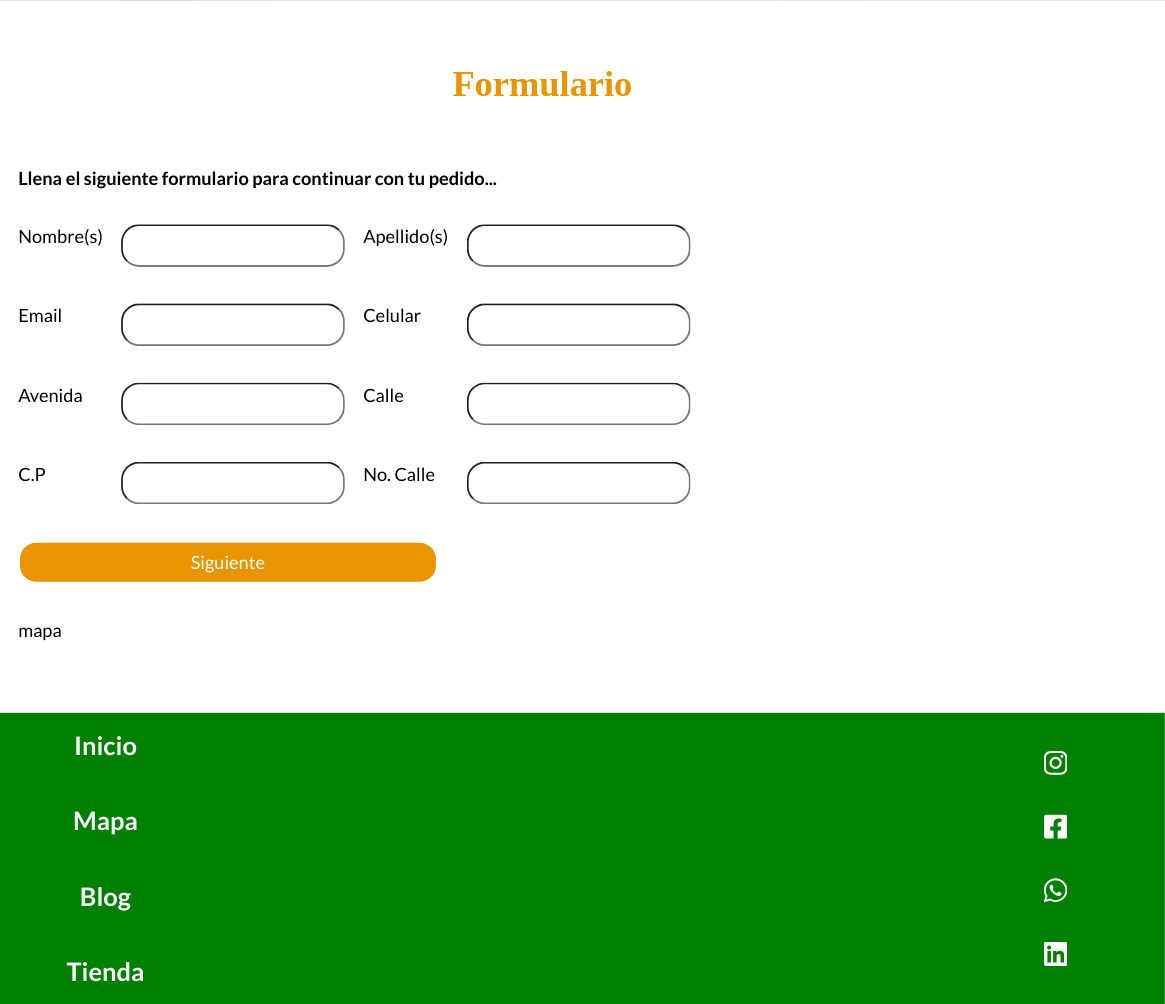
Repository: CarlosCamposRodriguez99/cv-beta-frontend
Page: /mapa
The author's editor kept a copy of each file at every save. The page is drawn from the files as they stood at one save, then again after the next save.
The browser window is 1280 px wide. The pictures show the part of the page from y = 219 to 1322 px (the page is 1322 px tall), at 91% of full size.
Some web fonts or font styles are not loaded; a fallback is used. The project was rebuilt for these pictures with package versions that can differ from the ones it lists, and the page was loaded fresh each time. The framework's server and built-in components were replaced by stand-ins that run in the browser. Also part of the build but not shown: next.config.js.

Above is the page before, as saved 2022-05-06 18:20:16.

### pages/_app.js
import { useState, useEffect } from 'react';
import '../styles/normalize.css';
import '../styles/globals.css';

function MyApp({ Component, pageProps }) {

  const [carrito, setCarrito] = useState([]);

  useEffect(() => {
    const carritoLS = JSON.parse(localStorage.getItem('carrito')) ?? [];
    setCarrito(carritoLS);

  }, [])

  useEffect(() => {
    localStorage.setItem("carrito", JSON.stringify(carrito));

  }, [carrito])

  const agregarCarrito = (producto) => {
    if(carrito.some((articulo) => articulo.id === producto.id)) {
      const carritoActualizado = carrito.map( articulo => {
        if(articulo.id === producto.id) {
          articulo.cantidad = producto.cantidad
        }
        return articulo;
      });

      setCarrito(carritoActualizado);
    } else {
      setCarrito([...carrito, producto]);
    }
  };

  const actualizarCantidad = (producto) => {
    const carritoActualizado = carrito.map((articulo) => {
      if(articulo.id === producto.id) {
        articulo.cantidad = producto.cantidad
      }
      return articulo;
    });

    setCarrito(carritoActualizado);
  };

  const eliminarProducto = id => {
    const carritoActualizado = carrito.filter( articulo => articulo.id !== id)
    setCarrito(carritoActualizado);
  }


  return <Component {...pageProps}
    carrito={carrito}
    agregarCarrito={agregarCarrito}
    actualizarCantidad={actualizarCantidad}
    eliminarProducto={eliminarProducto}

  />
}

export default MyApp

### pages/mapa.js
import Layout from '../components/Layout';
import styles from '../styles/Mapa.module.css';

const Mapa = () => {
  return (
    <Layout
      pagina='Mapa'
    >
      <div className={styles.head}>
        <h2 className={styles.titulo}>Formulario</h2>
        <p className={styles.descripcion}>Llena el siguiente formulario para continuar con tu pedido...</p>
        <form>
          <div className={styles.contenido}>
            <label
              className="block uppercase text-slate-800 font-bold text-xl"
              htmlFor="nombre"
            >Nombre(s) </label>

              <input
                type="text"
                id="nombre"
                className={styles.borde}
              />

            <label
              className="block uppercase text-slate-800 font-bold text-xl"
              htmlFor="apellido"
            >Apellido(s) </label>

              <input
                type="text"
                id="apellido"
                className={styles.borde}
              />

            <label
              className="block uppercase text-slate-800 font-bold text-xl"
              htmlFor="email"
            >Email </label>

              <input
                type="text"
                id="email"
                className={styles.borde}
              />

            <label
              className="block uppercase text-slate-600 font-bold text-xl"
              htmlFor="celular"
            >Celular </label>

              <input
                type="text"
                id="celular"
                className={styles.borde}
              />

            <label
              className="block uppercase text-slate-600 font-bold text-xl"
              htmlFor="avenida"
            >Avenida</label>

              <input
                type="text"
                id="avenida"
                className={styles.borde}
              />

            <label
              className="block uppercase text-slate-600 font-bold text-xl"
              htmlFor="calle"
            >Calle </label>

              <input
                type="text"
                id="calle"
                className={styles.borde}
              />

            <label
              className="block uppercase text-slate-600 font-bold text-xl"
              htmlFor="codigoPostal"
            >C.P </label>

              <input
                type="text"
                id="codigoPostal"
                className={styles.borde}
              />

            <label
              className="block uppercase text-slate-600 font-bold text-xl"
              htmlFor="numeroCalle"
            >No. Calle </label>

              <input
                type="text"
                id="numeroCalle"
                className={styles.borde}
              />
          </div>
        </form>


        <div className={styles.campo}>
          <input
            value="Siguiente"
            className={styles.boton}
            type="submit"

          />
        </div>
      </div>

      <div className={styles.head}>
        <div className={styles.contenido}>
          <p>mapa</p>
        </div>

      </div>



    </Layout>


  )
}

export default Mapa;


// css-border: en input: "bg-gray-200 w-full lg:w-1/3 mt-3 p-2 rounded-md"

### styles/globals.css
@import url('https://fonts.googleapis.com/css2?family=Lato:ital,wght@0,700;1,400&family=Roboto+Slab:wght@400;700&display=swap');
@import url('https://fonts.googleapis.com/css2?family=Lato:wght@400;700;900&family=Libre+Bodoni:ital,wght@1,600;1,700&display=swap');

:root {
  --primary: #e99401;
  --negro: #262626;
  --verde: #008000;
  --blanco: #FFF;
  --fuente-principal: 'Outfit', sans-serif;
}
html {
  font-size: 62.5%;
  box-sizing: border-box;
}

@media(max-width:1200px) {
  html {
    display: flex;
    flex: 1;
  }
}
/*IPAD*/
@media(max-width:820px) {
  .html {
    display: flex;
  }
}
/*IPHONE 7 8 */
@media(min-width:300px) {
  .html {
    display: flex;
    flex: 1;
  }
}

*, *:before, *:after {
  box-sizing: inherit;
}
body {
  font-size: 2rem;
  font-family: 'Lato', sans-serif;
  line-height: 1.1;
}
img {
  max-width: 100%;
}
h1, h2, h3 {
  font-family: 'Lato', sans-serif;
  font-weight: 700;
}
[class*="contenedor"] {
  max-width: 120rem;
  margin: 0 auto;
  width: 90%;
}


[class*="heading"] {
  font-family: 'Libre Bodoni', serif; /* */
  font-size: 4rem;
  text-align: center;
  font-weight: 900;
  color: var(--primary);
  margin: 5rem 0;
}

### components/Layout.js
import Head from 'next/head'
import Header from './Header';
import Footer from './Footer';

const Layout = ({children, pagina, guitarra}) => {
  return (
    <div>
      <Head>
        <title>Plantas Tienda- {pagina}</title>
        <meta name="description" content="Sitio web de venta de plantas"/>
      </Head>

      <Header
        guitarra={guitarra}
      />

      {children}

      <Footer />

    </div>
  )
}

Layout.defaultProps = {
  guitarra: null
}

export default Layout;

### styles/Mapa.module.css
.titulo {
  font-family: 'Libre Bodoni', serif; /* */
  font-size: 4rem;
  text-align: center;
  font-weight: 900;
  color: var(--primary);
  margin: 5rem 0;
}

.descripcion {
  font-size: 2rem;
  font-weight: 700;
}

@media(min-width: 300px) {
  .descripcion {
    text-align: left;
  }
}

@media(min-width: 1200px) {
  .descripcion {
    text-align: left;
  }
}

.head {
  max-width: 120rem;
  margin: 2rem 2rem;
  width: 90%;
  display: grid;
}

.campo {
  width: 50%;
}

@media(min-width: 300px) {
  .campo {
    width: 100%;
    justify-content: center;
  }
}

@media(min-width: 1200px) {
  .campo {
    width: 40%;
  }
}

.boton {
  background-color: var(--primary);
  border: 2px solid #FFF;
  width: 100%;
  cursor: pointer;
  color: var(--blanco);
  justify-content: center;
  margin-top: 4rem;
  padding: 1rem;
  border-radius: 2rem;
  -webkit-border-radius: 2rem;
  -moz-border-radius: 2rem;
  -ms-border-radius: 2rem;
  -o-border-radius: 2rem;
}

.boton:hover {
  background-color: var(--negro);
  color: var(--blanco);
}

.borde {
  background-color: var(--blanco);
  margin-top: 2rem;
  padding: 1rem;
  border-radius: 2rem;
  -webkit-border-radius: 2rem;
  -moz-border-radius: 2rem;
  -ms-border-radius: 2rem;
  -o-border-radius: 2rem;
}

.contenido {
  display: grid;
  gap: 4rem;
  width: 50%;
}


/*aqui el mapa perro */
.campomapa {
    gap: 4rem;
    display: grid;
    align-items: center;
    width: 100%;
}


@media(min-width: 300px) {
  .contenido {
    gap: 4rem;
    display: grid;
    grid-template-columns: repeat(2, 1fr);
    align-items: center;
  }
}

@media(min-width: 820px) {
  .contenido {
    gap: 2rem;
    display: grid;
    width: 30%;
  }
}

@media(min-width:1200px) {
  .contenido {
    grid-template-columns: repeat(4, 1fr);
    align-items: center;
  }
}

### components/Header.js
import Link from 'next/link'
import Image from 'next/image'
import { useRouter } from 'next/router'
import styles from "../styles/Header.module.css"

const Header = ({guitarra}) => {
  const router = useRouter()
  return (
      <header className={styles.header}>
      <div className="contenedor">
        <div className={styles.barra}>
          <Link href="/">
            <a><Image
              width={100}
              height={100}
              src="/img/logo.png"
              layout='fixed'
              alt="Imagen logo" />
            </a>
          </Link>


          <nav className={styles.navegacion}>
            <Link href="/">Inicio</Link>
            <Link href="/mapa">Mapa</Link>
            <Link href="/blog">Blog</Link>
            <Link href="/tienda">Tienda</Link>
            <Link href="/carrito">
              <a>
                <Image layout="fixed" width={30} height={25} src="/img/carrito.png" alt="Imagen carrito"/>
              </a>
            </Link>
          </nav>
        </div>

        {guitarra && (
          <div className={styles.modelo}>
            <h1>Promoción Especial</h1>
            <p>{guitarra.descripcion}</p>
            <p className={styles.precio}>${guitarra.precio}</p>
            <Link href={`/guitarras/${guitarra.url}`}>
              <a className={styles.enlace}>
                  Ver Producto
              </a>
            </Link>
          </div>
        )}
      </div>

      {router.pathname === '/' && (
        <div className={styles.guitarra}>
          <Image layout='fixed' width={500} height={1200} src='/img/' alt='imagen planta header' />
        </div>
      )}


      </header>
  )
}

export default Header;

### components/Footer.js
import Link from 'next/link'
import styles from '../styles/Footer.module.css'

const Footer = () => {

  const year = new Date().getFullYear();

  return (
    <footer className={styles.footer}>
      <div className={`contenedor ${styles.contenido}`}>
          <nav className={styles.navegacion}>
            <Link href="/">Inicio</Link>
            <Link href="/mapa">Mapa</Link>
            <Link href="/blog">Blog</Link>
            <Link href="/tienda">Tienda</Link>
          </nav>


          <ul className={styles.ul}>
            <li className={styles.list}>
              <a
                className={styles.iconoInsta}
                href="https://www.instagram.com/"
              ></a>
              <a
                className={styles.iconoFace}
                href="https://www.facebook.com/"
              ></a>
              <a
                className={styles.iconoWhats}
                href="https://web.whatsapp.com/"
              ></a>
              <a
                className={styles.iconoLinke}
              ></a>
            </li>
          </ul>

      </div>
    </footer>
  )
}

export default Footer;

### styles/Header.module.css
.header {
  background-image: linear-gradient(to right, rgba(10, 20, 10, 0.7), rgba(10, 10, 10, 0.4)), url(../public/img/background3.jpg);
  background-size: cover;
  background-position: 50%;
  padding: 5rem 0;
  position: relative;
}

/*IPAD*/
@media(max-width:820px) {
  .html {
    flex: 1;
  }
}
/*IPHONE 6,7,8*/
@media(min-width:300px) {
  .html {
    display: flex;
    flex: 1;
  }
}

.barra {
  display: flex;
  flex-direction: column;
  align-items: center;
}
@media(min-width:400px) {
  .barra {
    margin-right: 6rem 3rem;
  }
}
@media(min-width:768px) {
  .barra {
    flex-direction: row;
    justify-content: space-between;
  }
}
.navegacion {
  margin-top: 5rem;
  display: flex;
  gap: 4rem;
  position: relative;
  z-index: 1;
}
@media(min-width:768px) {
  .navegacion {
    margin-top: 0;
  }
}
@media(min-width:300px) {
  .navegacion {
    margin: 4rem 0;
    gap: 1.6rem;
  }
}
.navegacion a {
  color: var(--blanco);
  text-decoration: none;
  font-size: 1.8rem;
  font-weight: 700;
  text-transform: uppercase;
  padding: .5rem;
  transition-property: background-color;
  transition-duration: .8s;
}
.navegacion a:hover {
  background-color: var(--primary);
}
.modelo {
  color: var(--blanco);
  margin-top: 5.2rem;
  text-align: center;
}
@media(min-width:768px) {
  .modelo {
    text-align: left;
    width: 50%;
  }
}

.modelo h1 {
  font-size: 5rem;
  font-weight: 600;
  color: var(--blanco);
  font-family: 'Libre Bodoni', serif;
}

.modelo p:first-of-type {
  display: -webkit-box;
  -webkit-box-orient: vertical;
  -webkit-line-clamp: 3;
  overflow: hidden;
  font-size: 2.2rem;
}
.precio {
  font-size: 6rem;
  color: var(--primary);
  font-weight: 900;
  line-height: 0;
}
.enlace {
  margin-top: 2rem;
  text-decoration: none;
  text-align: center;
  text-transform: uppercase;
  font-size: 1.2rem;
  font-weight: 900;
  color: var(--blanco);
  border: 2px solid var(--primary);
  padding: 1rem 5rem;
  transition-property: background-color;
  transition-duration: .5s;
}
.enlace:hover {
  background-color: var(--primary);
  color: var(--blanco);
}
.guitarra {
  display: none;
}
@media(min-width:992px) {
  .guitarra {
    display: block;
    position: absolute;
    right: 0;
    bottom: -10px;
    animation-name: mostrarImagen;
    animation-duration: 1s;
    animation-iteration-count: 2;
    animation-delay: 0s;
    animation-timing-function: ease-in-out;
  }
}

@keyframes mostrarImagen {
  0% {
    opacity: 0;
    transform: translateX(-10rem);
}
  50% {
    opacity: 0;
  }

  100% {
    opacity: 1;
    transform: translateX(0);
  }
}

### styles/Footer.module.css
.footer {
  background-color: var(--verde);
  padding: 2rem 1rem;
  margin-top: 6rem;
  display: flex;
}
@media(min-width:768px) {
  .contenido {
    display: flex;
    justify-content: space-between;
    gap: 4rem;
  }
}

.navegacion {
  display: flex;
  flex-direction: row;
  align-items: center;
}

@media(min-width: 768px) {
  .navegacion {
    flex-direction: row;
    gap: 6rem;
    justify-content: space-between;
  }
}
@media(min-width: 1200px) {
  .navegacion {
    display: flex;
    flex-direction: row;
    gap: 4rem;
  }
}
@media(min-width:640px) {
  .navegacion {
    flex-direction: column;
    gap: 2rem;
  }
}
@media(min-width:300px) {
  .navegacion {
    flex-direction: column;
    gap: 4rem;
  }
}
.navegacion a {
  text-decoration: none;
  font-size: 2.8rem;
  color: var(--blanco);
  font-weight: 700;
}

.navegacion a:hover {
  color: var(--primary);
}

.copyright {
  display: flex;
  flex-direction: row;
  align-items: center;
  color: var(--blanco);
  text-align: center;
  font-size: 2.5rem;
  font-weight: 500;
}
@media(min-width:1200px) {
  .copyright {
    flex-direction: column;
    align-items: center;
    text-align: center;
    font-size: 1em;
    font-weight: 100;
  }
}
@media(min-width:640px) {
  .copyright {
    flex-direction: column;
    align-items: center;
    text-align: center;
    font-size: 1em;
    font-weight: 100;
  }
}
.list {
  display: flex;
  gap: 4rem;
  flex-direction: column;
  align-items: center;
}
@media(min-width:1200px) {
  .list {
    flex-direction: column;
  }
}

.iconoInsta {
  background-image: url("../public/img/instagram-brands.svg");
  padding: 3rem;
  cursor: pointer;
  padding-bottom: 0;
  background-repeat: no-repeat;
}
.iconoFace {
  background-image: url("../public/img/facebook-square-brands.svg");
  padding: 3rem;
  cursor: pointer;
  padding-bottom: 0;
  background-repeat: no-repeat;
}
.iconoWhats {
  background-image: url("../public/img/whatsapp-brands.svg");
  padding: 3rem;
  cursor: pointer;
  padding-bottom: 0;
  background-repeat: no-repeat;
}
.iconoLinke {
  background-image: url("../public/img/linkedin-brands.svg");
  padding: 3rem;
  cursor: pointer;
  padding-bottom: 0;
  background-repeat: no-repeat;
}

Loaded but not shown: styles/normalize.css (library)

After the next save:
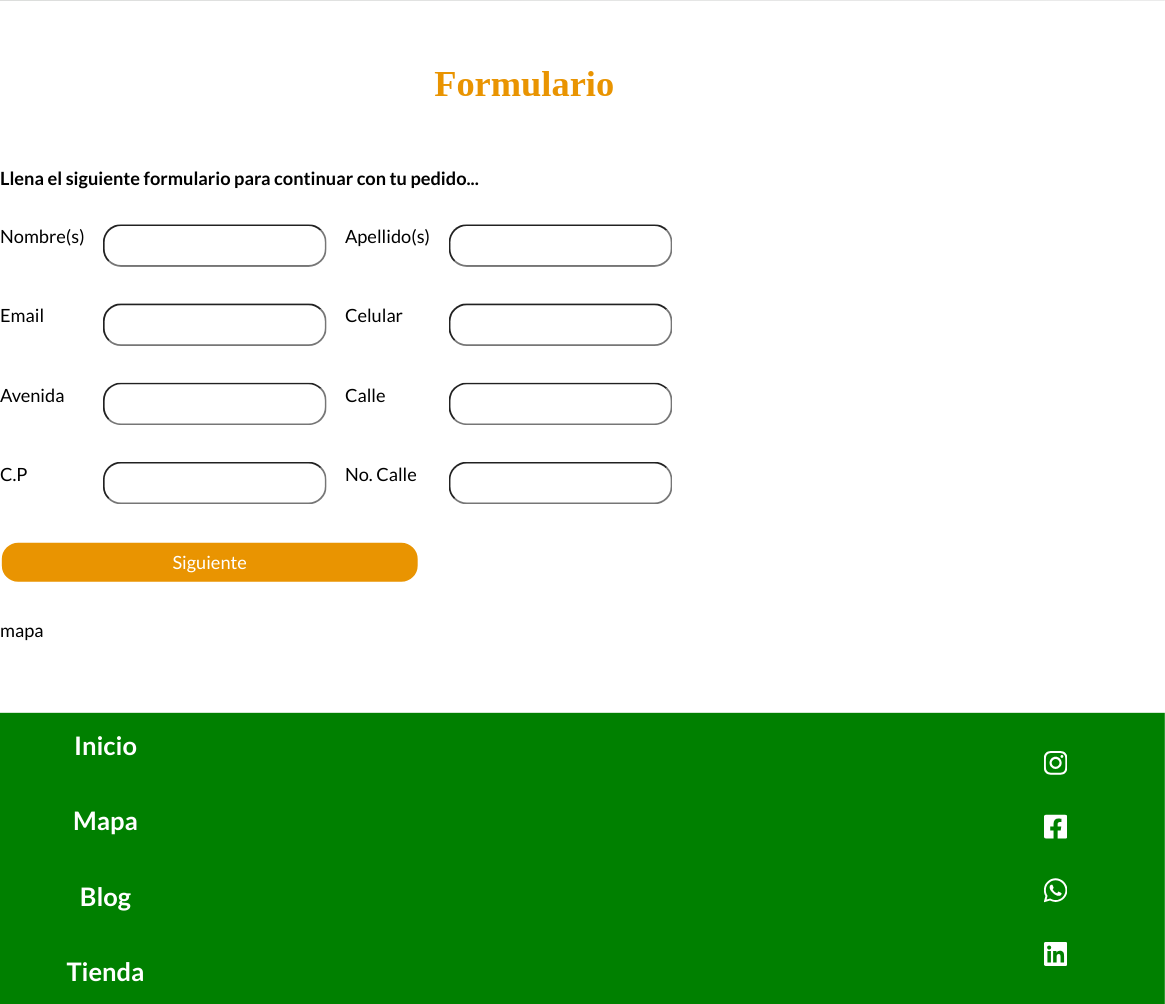
Saved 4 s later.
--- a/styles/Mapa.module.css
+++ b/styles/Mapa.module.css
@@ -26,7 +26,7 @@
 
 .head {
   max-width: 120rem;
-  margin: 2rem 2rem;
+  margin: 2rem 2rem 0 0;
   width: 90%;
   display: grid;
 }
